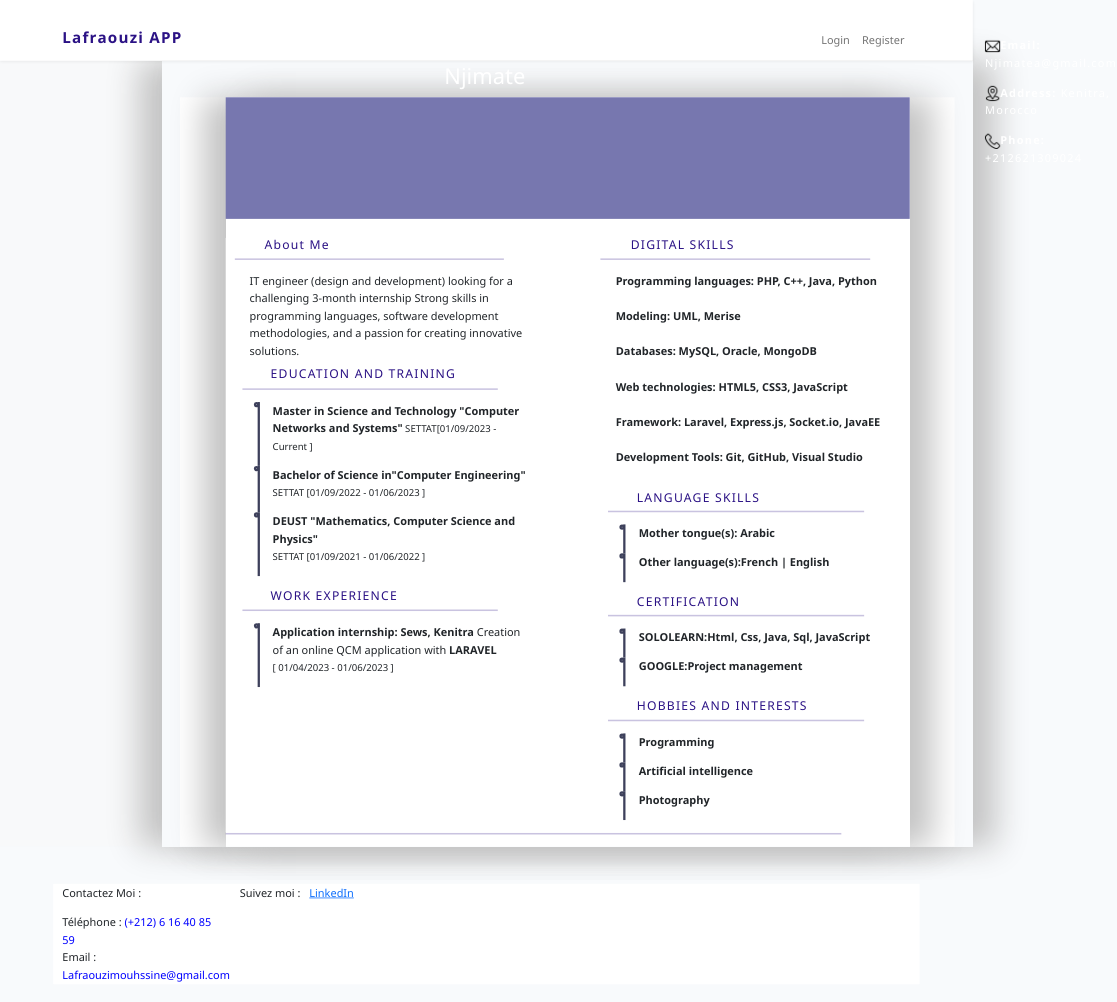
Repository: NjimateAicha/LaravelWeb
Page: http://localhost/aproposDeMoi
The author's editor kept a copy of each file at every save. The page is drawn from the files as they stood at one save, then again after the next save.
The browser window is 1280 px wide. The page is 1470 px wide, then 1280 px, so the pictures cover 1470 px, including what lies to the right of the window. The pictures show the whole page, at 76% of full size.
The page is served by the project's Laravel application, run on PHP 8.4 with Laravel 9. Style sheets and scripts are compiled from the project's sources, by tool versions that may differ from the author's.

Above is the page before, as saved 2024-05-19 16:25:49.

After the next save:
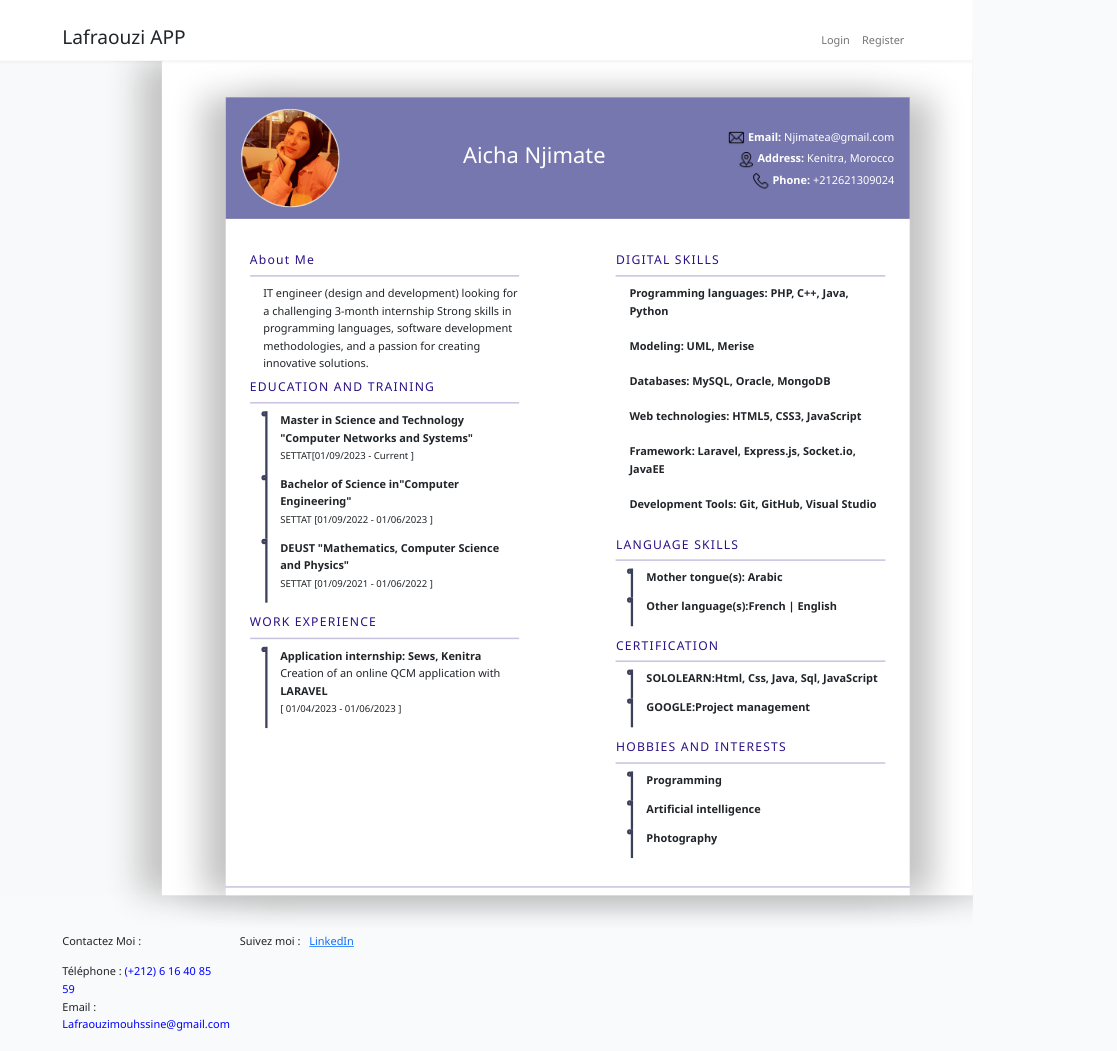
Saved 3 min 53 s later.
--- a/resources/views/aProposDeMoi/index.blade.php
+++ b/resources/views/aProposDeMoi/index.blade.php
@@ -21,12 +21,12 @@
             box-shadow: 30px 0px 40px rgb(196, 196, 196), -30px 0px 40px rgb(196, 196, 196);
             margin: auto;
             max-width: 900px;
+            background-color: white;
         }
         .container {
             display: flex;
             justify-content: space-between;
             margin-top: 25px;
-            background-color: white;
             width: 100%;
         }
         header {
@@ -36,57 +36,51 @@
             background-color: #7777af;
             display: flex;
             justify-content: space-between;
+            align-items: center;
+            padding: 0 20px;
         }
         .photo {
-            margin-left: 7%;
             border-radius: 50%;
             width: 130px;
             height: 130px;
             overflow: hidden;
         }
         .des {
-            margin-left: 25%;
-            margin-top: -10%;
-        }
-        h3 {
-            color: #2b1285;
-            font-weight: bold;
-            letter-spacing: .1rem;
-            font-size: 20px;
+            text-align: center;
         }
         .right {
-            padding: 0;
-            margin: 5px;
-            margin-top: -10%;
+            text-align: right;
         }
         .right p {
-            margin-left: 600px;
-            letter-spacing: .1rem;
+            margin: 5px 0;
         }
         .info {
             width: 20px;
             height: 20px;
+            margin-right: 5px;
+            vertical-align: middle;
         }
         .section {
-            background-color: white;
             width: 45%;
+            padding: 20px;
+            box-sizing: border-box;
         }
         h4 {
-            margin-left: 10%;
             color: #2b1285;
             letter-spacing: .1rem;
             font-size: 16px;
+            margin-bottom: 10px;
         }
         hr.light {
             border-top: 2px solid #2b1285;
-            width: 90%;
             margin-top: .1rem;
+            margin-bottom: 10px;
         }
         .div {
             margin-left: 5%;
         }
         .resume {
-            margin: 10px;
+            margin: 10px 0;
         }
         .func {
             margin-top: 5px;
